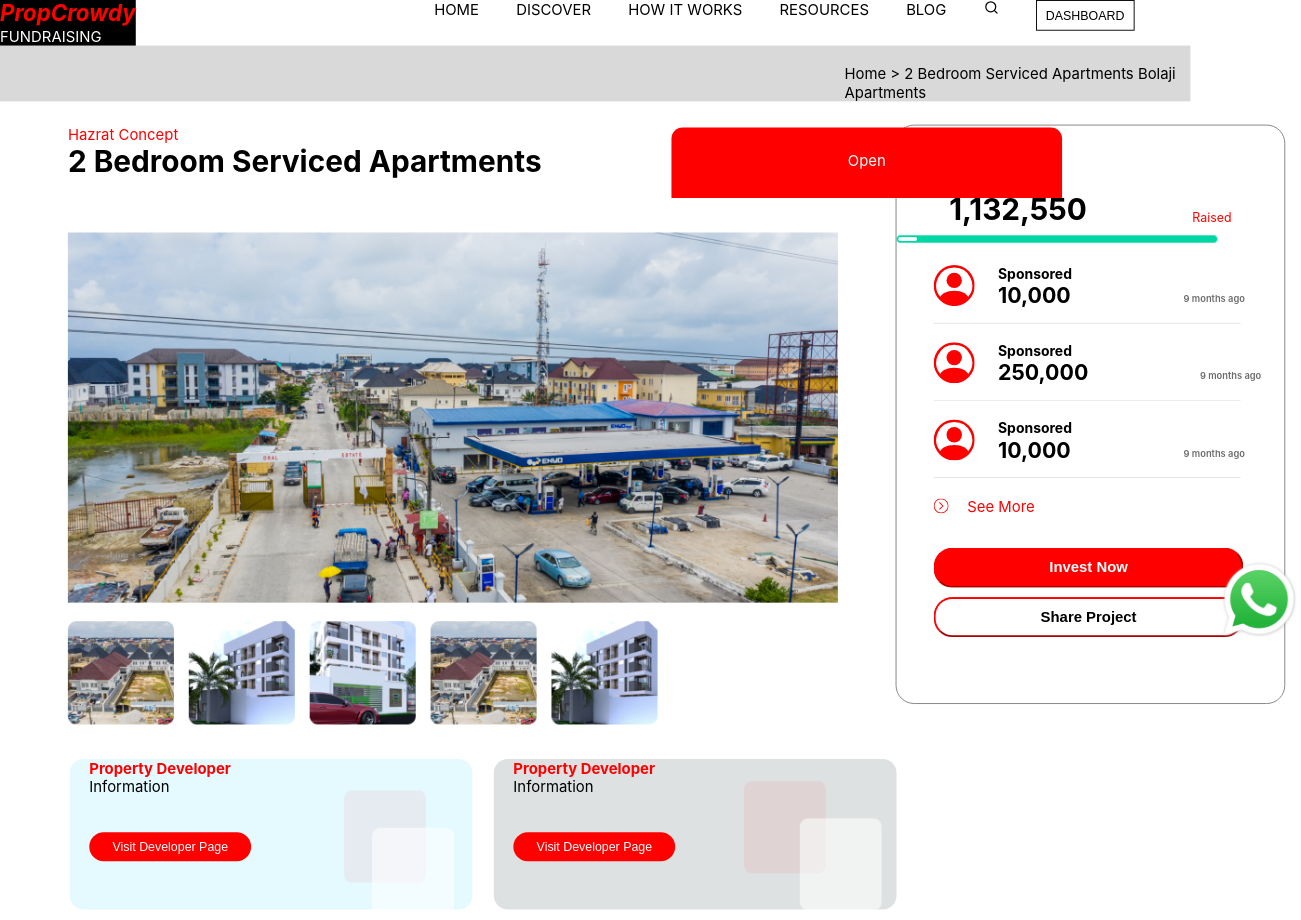
Repository: uh-sman/Popcrowdy
Page: /
These files come from the project's save history. The page is drawn as it stood at one moment and after the next save; the edit follows.
The browser window is 1280 px wide. The page is 1399 px wide, so the pictures cover 1399 px, including what lies to the right of the window. The pictures show the whole page, at 93% of full size.
The project was rebuilt for these pictures with package versions that can differ from the ones it lists, and the page was loaded fresh each time.

Above is the page before, as saved 2022-11-13 20:35:13.

### src/App.js
import "./App.css";
import { Navbar, Hero } from "./components";
import SubCard from "./components/Section/SubCard";
import SubNav from "./components/SubNav";

function App() {
  return (
    <div className="App">
      <Navbar />
      <SubNav />
      <Hero />
      <SubCard />
    </div>
  );
}

export default App;

### src/App.css
* {
  text-decoration: none;
  list-style: none;
  padding: 0px;
  margin: 0;
  box-sizing: border-box;
}

### src/components/index.js
export { default as Navbar } from "./Navbar";
export { default as Hero } from "./Section/Hero";
// export { default as Card } from "./Section/Card";

### src/components/Section/SubCard.jsx
import React from "react";
import img1 from "../assets/Group.png";
import img2 from "../assets/Rectangle44.png";
import "./subcard.css";
const SubCard = () => {
  return (
    <div>
      <div
        style={{
          display: "flex",
          gap: "23px",
          marginLeft: "75px",
          marginTop: "37px",
        }}
      >
        <div
          style={{
            backgroundColor: "#E4FAFF",
            borderRadius: "15px",
            height: "162px",
          }}
        >
          <div className="texts">
            <h4 style={{ color: "red", width: "412px" }}>Property Developer</h4>
            <p>Information</p>
            <button className="button" style={{ marginTop: "39px" }}>
              Visit Developer Page
            </button>
          </div>
          <div className="box">
            <img src={img1} className="box3" />
            <img src={img2} className="box4" />
          </div>
        </div>
        <div
          style={{
            backgroundColor: "#DEE1E2",
            borderRadius: "15px",
            height: "162px",
          }}
        >
          <div style={{ display: "flex" }}>
            <div className="texts">
              <h4 style={{ color: "red", width: "412px" }}>
                Property Developer
              </h4>
              <p>Information</p>
              <button className="button" style={{ marginTop: "39px" }}>
                Visit Developer Page
              </button>
            </div>
            {/*  */}
            <div className="box">
              <img src={img1} className="box1" />
              <img src={img2} className="box2" />
            </div>
          </div>
        </div>
      </div>
    </div>
  );
};

export default SubCard;
// height: "162px";

### src/components/SubNav.jsx
import React from "react";

const SubNav = () => {
  return (
    <div style={{ marginBottom: "25px" }}>
      <div style={{ background: "#D9D9D9 50%", width: "100%", height: "60px" }}>
        <p style={{ marginLeft: "908px", paddingTop: "20px" }}>
          Home {">"} 2 Bedroom Serviced Apartments Bolaji Apartments
        </p>
      </div>
    </div>
  );
};

export default SubNav;

### src/components/Navbar.jsx
import React from "react";
import "./navbar.css";
import { FiSearch } from "react-icons/fi";
const Navbar = () => {
  return (
    <div style={{}}>
      <nav>
        <div className="navbar-container">
          <div style={{ backgroundColor: "black" }}>
            <h1>
              <p style={{ color: "red" }}>
                <i>PropCrowdy</i>
              </p>
            </h1>
            <p style={{ color: "white" }}>FUNDRAISING</p>
          </div>
          <div>
            <ul className="nav-list">
              <li>HOME</li>
              <li>DISCOVER</li>
              <li>HOW IT WORKS</li>
              <li>RESOURCES</li>
              <li>BLOG</li>
              <FiSearch />
              <button className="btn">DASHBOARD</button>
            </ul>
          </div>
        </div>
      </nav>
    </div>
  );
};

export default Navbar;

### src/components/Section/Hero.jsx
import React, { useState } from "react";
import "./hero.css";
import img1 from "../assets/Image-one.png";
import img2 from "../assets/Rectangle2.png";
import img3 from "../assets/Rectangle3.png";
import img4 from "../assets/Rectangle4.png";
import img5 from "../assets/Rectangle5.png";
import img6 from "../assets/Rectangle6.png";
import Card from "./Card";
const Hero = () => {
  const [selected, setIsSelected] = useState(false);
  const [isSelected, setSelected] = useState(false);
  //    document.getElementById("select");
  if (selected) {
    // show the current image
    console.log("hello");
  } else {
    console.log("not selected");
  }
  return (
    <div className="hero-container">
      <div className="flexed-card">
        <div>
          <div style={{ marginBottom: "57px" }}>
            <p style={{ color: "red" }}>Hazrat Concept</p>
            <h1 style={{ fontWeight: "900px" }}>
              2 Bedroom Serviced Apartments
            </h1>
          </div>
          <div
            id="select"
            value={selected}
            onClick={(e) => setIsSelected(!selected)}
          >
            <img src={img1} />
          </div>
          <div style={{ marginTop: "16px" }}>
            <div className="sub-card">
              <img src={img2} />
              <img src={img3} />
              <img src={img4} />
              <img src={img5} />
              <img src={img6} />
            </div>
          </div>
        </div>
        <div>
          <Card />
        </div>
      </div>
    </div>
  );
};

export default Hero;

### src/components/Section/subcard.css
.button {
  padding: 8px 25px;
  background-color: red;
  color: white;
  border-radius: 47px;
  border: none;
}
.texts {
  margin-left: 21px;
}
.box {
  margin-top: 24px;
  /* margin-left: 25px; */
}
.box2 {
  /* margin-left: -50px;
  margin-top: 50px; */
  position: absolute;
  position: absolute;
  width: 88px;
  height: 99px;
  left: 860px;
  top: 880px;
}
.box3 {
  /* margin-left: -50px;
  margin-top: 50px; */
  position: absolute;
  position: absolute;
  width: 88px;
  height: 99px;
  left: 370px;
  top: 850px;
}
.box1 {
  /* margin-left: -50px;
  margin-top: 50px; */
  position: absolute;
  position: absolute;
  width: 88px;
  height: 99px;
  left: 800px;
  top: 840px;
}
.box4 {
  /* margin-left: -50px;
  margin-top: 50px; */
  position: absolute;
  position: absolute;
  width: 88px;
  height: 99px;
  left: 400px;
  top: 890px;
}

### src/components/navbar.css
.navbar-container {
  display: flex;
  justify-content: space-between;
}
.nav-list {
  display: flex;
  gap: 40px;
  margin-right: 60px;
}
.btn {
  background-color: white;
  border: 1px solid black;
  padding: 8px 10px;
  font-weight: 500;
}

### src/components/Section/hero.css
.hero-container {
  margin-left: 73px;
}
.sub-card {
  display: flex;
  gap: 16px;
}
.flexed-card {
  display: flex;
  gap: 62px;
}

### src/components/Section/Card.jsx
import React from "react";
import { data } from "./data";
import img from "../assets/Progressbar.png";
import logo from "../assets/WhatsApp 1.png";
import { BsPersonCircle } from "react-icons/bs";
import { TfiArrowCircleRight } from "react-icons/tfi";
import "./card.css";
const Card = () => {
  return (
    <div>
      <div style={{ border: "1px solid gray" }} className="card">
        <div
          className="header"
          title="header"
          style={{
            backgroundColor: "red",
            borderTopLeftRadius: "12px",
            borderTopRightRadius: "12px",
            textAlign: "center",
            height: "75.92px",
          }}
        >
          <p
            style={{
              color: "white",
              marginTop: "25px",
            }}
          >
            Open
          </p>
        </div>
        <div>
          <div style={{ display: "flex", justifyContent: "space-around" }}>
            <h1>1,132,550 </h1>
            <small style={{ color: "red", marginTop: "20px" }}>Raised</small>
          </div>
          <img src={img} />
        </div>
        <div className="rightBody-subcont">
          {data &&
            data.map(({ title, id, amount }) => {
              return (
                <div className="sponsor-cont" key={id}>
                  <div className="sponsor-subcont">
                    <div className="user-img">
                      <BsPersonCircle
                        style={{
                          color: "red",
                          height: "44.099998474121094px",
                          width: " 44.099998474121094px",
                          left: "0.45001220703125px",
                          top: " 0.45001220703125px",
                          borderRadius: "0px",
                        }}
                      />
                    </div>

                    <div className="spons-cover">
                      <div className="sponsor">Sponsored</div>
                      <div className="sponsoramt">{amount}</div>
                    </div>

                    <div className="month">9 months ago</div>
                  </div>

                  <div className="line"></div>
                </div>
              );
            })}
          <div
            style={{
              display: "flex",
              alignItems: "center",
              gap: "20px",
              marginLeft: "40px",
              paddingTop: "20px",
              paddingBottom: "20px",
            }}
          >
            <TfiArrowCircleRight style={{ color: "red" }} />
            <p style={{ color: "red" }}>See More</p>
          </div>
          <div className="rightBodybtns">
            <div className="rightBodybtn1-cont">
              <button className="rightBodybtn1">Invest Now</button>
            </div>

            <div className="rightBodybtn2-cont">
              <button className="rightBodybtn2">Share Project</button>
            </div>
            <img src={logo} className="logo" />
          </div>
        </div>
      </div>
    </div>
  );
};

export default Card;
{
  /* <div className="rightBody-subcont">
  {data &&
    data.map(({ title, id, amount }) => {
      return (
        <div className="sponsor-cont" key={id}>
          <div className="sponsor-subcont">
            <div className="user-img">
              <img src={user} />
            </div>

            <div className="spons-cover">
              <div className="sponsor">Sponsored</div>
              <div className="sponsoramt">{amount}</div>
            </div>

            <div className="month">9 months ago</div>
          </div>

          <div className="line"></div>
        </div>
      );
    })}
</div>;

{
  data &&
    data.map(({ title, id, amount }) => {
      return (
        <div className="list" style={{ marginLeft: "50.45px" }} key={id}>
          <li className="icon">
            <BsPersonCircle
              style={{
                color: "red",
                height: "44.099998474121094px",
                width: " 44.099998474121094px",
                left: "0.45001220703125px",
                top: " 0.45001220703125px",
                borderRadius: "0px",
              }}
            />
            {title}
          </li>
          <div
            style={{
              display: "flex",
              justifyContent: "space-around",
              marginLeft: "12px",
              borderBottom: "0.3px solid gray",
            }}
          >
            <p>{amount}</p>

            <small title="time">1 month ago</small>
          </div>
        </div>
      );
    });
} */
}

### src/components/Section/data.js
export const data = [
  {
    id: 1,
    title: "Sponsored",
    amount: "10,000",
  },
  {
    id: 2,
    title: "Sponsored",
    amount: "250,000",
  },
  {
    id: 3,
    title: "Sponsored",
    amount: "10,000",
  },
];

### src/components/Section/card.css
.card {
  /* position: absolute; */
  display: flex;
  flex-direction: column;
  justify-content: center;
  width: 419px;
  height: 623px;
  /* padding: 0px 0px; */
  /* left: 963px; */
  top: 267px;
  background: linear-gradient(
    180deg,
    #fffafa 0%,
    rgba(255, 255, 255, 0.994792) 0.01%,
    rgba(237, 224, 224, 0) 100%
  );
  border-radius: 20px;
}
.header {
  position: absolute;
  top: 137px;
  right: 138px;
  width: 420px;
}
.icon {
  display: flex;
  align-items: center;
  gap: 27.45px;
  /* justify-content: center; */
}
.list {
  margin-bottom: 10px;
}
.rightBodybtn {
  width: 419px;
  height: 53px;
  font-size: 20px;
  background: #ff0000;
  color: #ffffff;
  border-top-right-radius: 12px;
  border-top-left-radius: 12px;
  font-weight: bold;
  border-color: #ff0000;
}

.rightBodyHead {
  display: flex;
}

.rightBodyHead-cont {
  padding: 40px 0px 0px 40px;
}

.raised {
  padding: 10px 0px 0px 15px;
}

.goal-subcont {
  display: flex;
  padding-top: 10px;
}

.goal {
  padding-right: 20px;
}

.goalamt {
  padding-top: 5px;
}

.oo {
  background: #fffafa;
}

.sponsor-subcont {
  display: flex;
}

.spons-cover {
  font-weight: 700;
  font-size: 15px;
  padding: 0px 0px 15px 25px;
}

.sponsor-cont {
  padding: 20px 0px 0px 40px;
}

.line {
  border-bottom: 1px solid rgba(0, 0, 0, 0.1);
  width: 330px;
}

.month {
  padding: 30px 0px 0px 120px;
  font-weight: 600;
  font-size: 10px;
  color: rgba(0, 0, 0, 0.58);
}

.sponsoramt {
  font-size: 23px;
}

.sponsor {
  font-size: 15px;
}

.seeMore a {
  text-decoration: none;
  color: #ff0000;
  font-size: 14px;
}

/* .seeMore-cont { */
.rightBodybtn {
  width: 419px;
  height: 53px;
  font-size: 20px;
  background: #ff0000;
  color: #ffffff;
  border-top-right-radius: 12px;
  border-top-left-radius: 12px;
  font-weight: bold;
  border-color: #ff0000;
}

.rightBodyHead {
  display: flex;
}

.rightBodyHead-cont {
  padding: 40px 0px 0px 40px;
}

.raised {
  padding: 10px 0px 0px 15px;
}

.goal-subcont {
  display: flex;
  padding-top: 10px;
}

.goal {
  padding-right: 20px;
}

.goalamt {
  padding-top: 5px;
}

.oo {
  background: #fffafa;
}

.sponsor-subcont {
  display: flex;
}

.spons-cover {
  font-weight: 700;
  font-size: 15px;
  padding: 0px 0px 15px 25px;
}

.sponsor-cont {
  padding: 20px 0px 0px 40px;
}

.line {
  border-bottom: 1px solid rgba(0, 0, 0, 0.1);
  width: 330px;
}

.month {
  padding: 30px 0px 0px 120px;
  font-weight: 600;
  font-size: 10px;
  color: rgba(0, 0, 0, 0.58);
}

.sponsoramt {
  font-size: 23px;
}

.sponsor {
  font-size: 15px;
}

.seeMore a {
  text-decoration: none;
  color: #ff0000;
  font-size: 14px;
}

.seeMore-cont {
  display: flex;
  padding-left: 40px;
  padding-top: 30px;
}

.moreIcon {
  padding-right: 10px;
  padding-top: 4px;
}

.rightBodybtn1 {
  width: 333px;
  height: 43.25px;
  border-radius: 20px;
  font-size: 16px;
  background: #ff0000;
  color: white;
  font-weight: bold;
  border-color: #ff0000;
}

.rightBodybtn2 {
  width: 333px;
  height: 43.25px;
  border-radius: 20px;
  font-size: 16px;
  border-color: #ff0000;
  font-weight: bold;
  background: white;
}

.rightBodybtns {
  padding-left: 40px;
}

.rightBodybtn1-cont {
  padding: 15px 0px 10px 0px;
}

.gg a {
  text-decoration: none;
}

.progress-cont {
  padding-top: 10px;
}
.rightBodybtn1 {
  width: 333px;
  height: 43.25px;
  border-radius: 20px;
  font-size: 16px;
  background: #ff0000;
  color: white;
  font-weight: bold;
  border-color: #ff0000;
}

.rightBodybtn2 {
  width: 333px;
  height: 43.25px;
  border-radius: 20px;
  font-size: 16px;
  border-color: #ff0000;
  font-weight: bold;
  background: white;
}

.rightBodybtns {
  padding-left: 40px;
}

.rightBodybtn1-cont {
  padding: 15px 0px 10px 0px;
}

.gg a {
  text-decoration: none;
}

.progress-cont {
  padding-top: 10px;
}

.goal-cont {
  padding-bottom: 40px;
}
.logo {
  position: absolute;
  width: 89.06px;
  height: 90px;
  left: 1310px;
  top: 600px;
}

Loaded but not shown: public/index.html (common file); src/index.js (common file); src/index.css (common file)

After the next save:
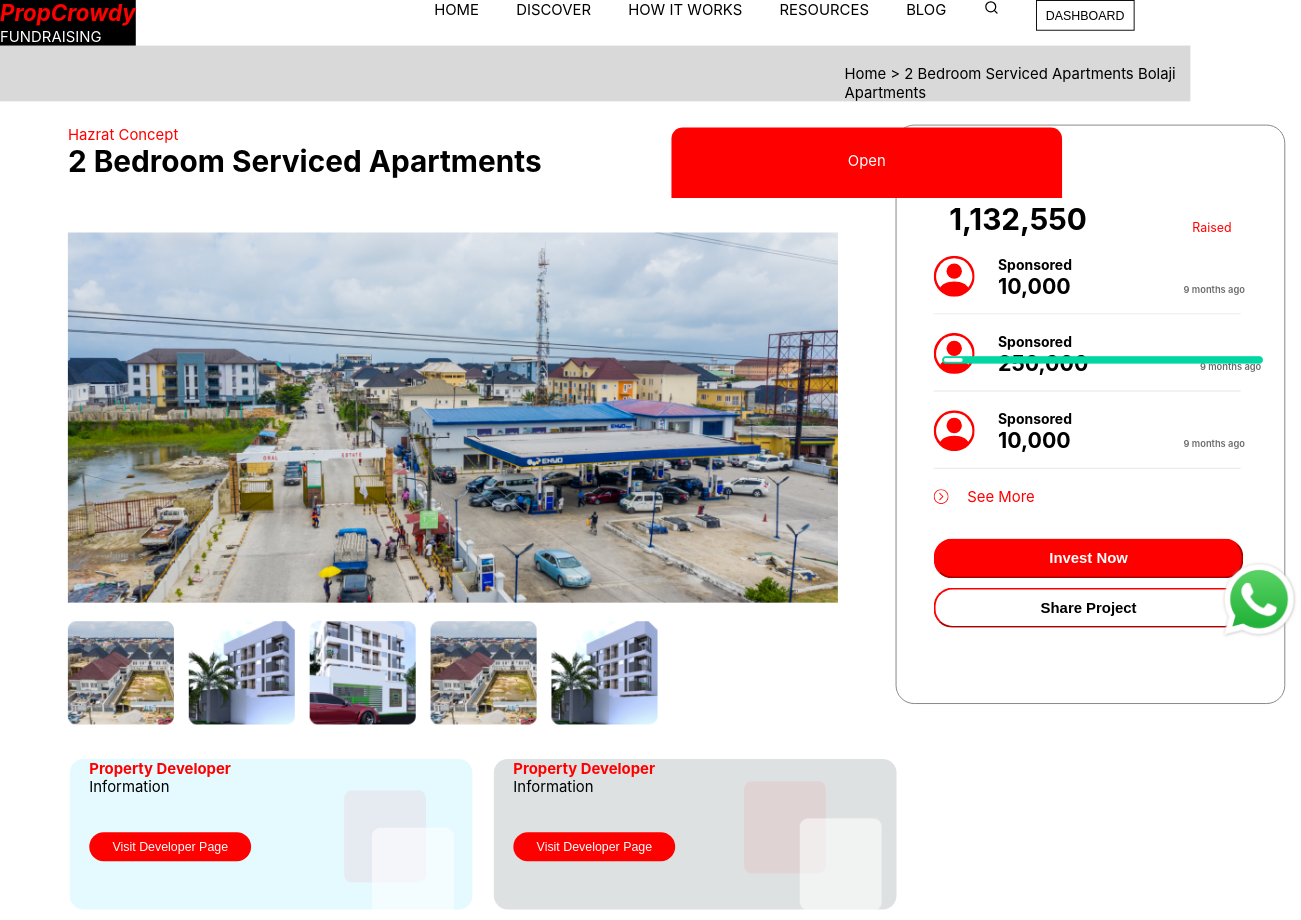
Saved 2 min 49 s later.
--- a/src/components/Section/Card.jsx
+++ b/src/components/Section/Card.jsx
@@ -34,7 +34,7 @@
             <h1>1,132,550 </h1>
             <small style={{ color: "red", marginTop: "20px" }}>Raised</small>
           </div>
-          <img src={img} />
+          <img src={img} className="rectangle" />
         </div>
         <div className="rightBody-subcont">
           {data &&
--- a/src/components/Section/card.css
+++ b/src/components/Section/card.css
@@ -288,3 +288,10 @@
   left: 1310px;
   top: 600px;
 }
+.rectangle {
+  position: absolute;
+  width: 345px;
+  height: 8px;
+  left: 1013px;
+  top: 383px;
+}
